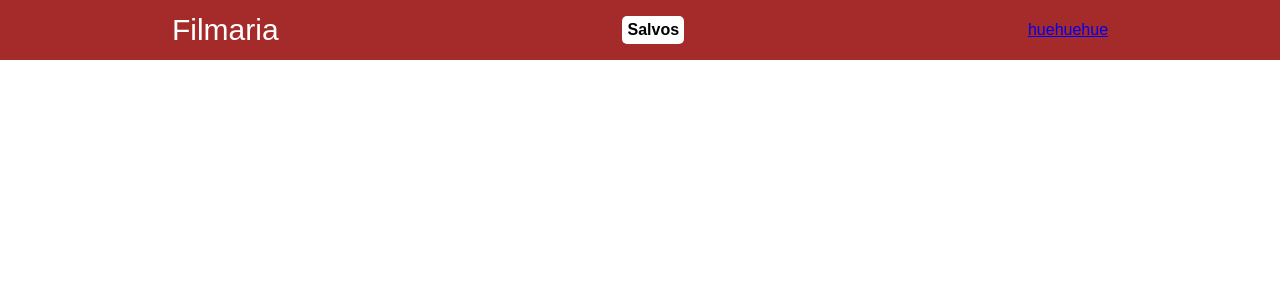
Repository: joaoaspimienta/Projeto-Filmaria
Page: /
These files come from the project's save history. The page is drawn as it stood at one moment and after the next save; the edit follows.
The browser window is 1280 px wide. The pictures show the whole page.
The page's requests for data from a server got no answer. The project was rebuilt for these pictures with package versions that can differ from the ones it lists, and the page was loaded fresh each time. No one was signed in, and anything a server would have sent is missing. Also part of the build but not shown: src/pages/Filme/filme-info.css, src/pages/Filme/index.js.

Above is the page before, as saved 2022-03-06 18:01:08.

### src/App.js
//https://sujeitoprogramador.com/r-api/?api=filmes/

import './styles.css'
import Routes from './routes'

export default function App() {
  return (
    <div className="app">
      <Routes/>
    </div>
  );
}

### src/styles.css
body {
  margin: 0;
  padding: 0;
  box-sizing: border-box;
  font-family: sans-serif;
}

.app {
  display: flex;
  width: 100%;
  justify-content: center;
  align-items: center;
  flex-direction: column;
}

### src/routes.js
import { BrowserRouter, Switch, Route } from "react-router-dom"

import Home from "./pages/Home"
import Header from "./components/Header"
import Filme from "./pages/Filme"

const Routes = () => {
  return(
    <BrowserRouter>
      <Header/>
      <Switch>
        <Route exact path="/" component={Home} />
        <Route exact path="/filme/:id" component={Filme} />
      </Switch>
    </BrowserRouter>
  )
}

export default Routes;

### src/pages/Home/index.js
import { useEffect, useState } from 'react';
import './home.css';
import api from '../../services/api';
import { Link } from 'react-router-dom';

export default function Home() {
  const [filmes, setFilmes] = useState([]);

  useEffect(()=> {
    async function loadFilmes(){
      const response = await api.get('r-api/?api=filmes')
      setFilmes(response.data);
    }

    loadFilmes();
  }, [])

  return (
    <div className="container">
      <div className="lista-filmes">
        {filmes.map((filme)=>{
          return(
            <article key={filme.id}>
              <strong>{filme.nome}</strong>
              <img src={filme.foto} alt={filme.nome} />
              <Link to={`/filme/${filme.id}`}>Acessar</Link>
            </article>
          )
        })}
      </div>
    </div>
  );
}

### src/components/Header/index.js
import './header.css'
import { Link } from  'react-router-dom';

export default function Header(){
  return(
    <header>
      <Link className="logo" to='/'>Filmaria</Link>
      <Link className="favoritos" to='/favoritos'>Salvos</Link>
      <Link to='/fodas'>huehuehue</Link>
    </header>
  )
}

### src/pages/Home/home.css
.container {
  display: flex;
  flex-direction: column;
  justify-content: center;
  align-items: center;
  width: 800px;
}

.lista-filmes {
  margin: 15px;
}

.lista-filmes article {
  display: flex;
  flex-direction: column;
  justify-content: center;
  align-items: center;
  background-color: white;
  margin: 15px;
  padding: 15px;
  border-radius: 5px;
}

.lista-filmes strong {
  padding-bottom: 15px;
  font-size: 22px;
}

.lista-filmes img {
  width: 900px;
  max-height: 350px;
}

.lista-filmes article a {
  text-decoration: none;
  color: white;
  background-color: brown;
  font-size: 25px;
  width: 100%;
  text-align: center;
  padding-top: 10px;
  padding-bottom: 10px;
  border-bottom-left-radius: 8px;
  border-bottom-right-radius: 8px;
}

### src/services/api.js
import axios from 'axios';

const api = axios.create({
  baseURL: 'https://sujeitoprogramador.com'
});

export default api;


//r-api/?api=filmes/

### src/components/Header/header.css
header {
  display: flex;
  align-items: center;
  justify-content: space-around;
  width: 100%;
  height: 60px;
  background-color: brown;
}

.logo {
  text-decoration: none;
  font-size: 30px;
  color: white;
  cursor: pointer;
}

.favoritos {
  text-decoration: none;
  background-color: white;
  cursor: pointer;
  padding: 5px;
  font-weight: bold;
  color: black;
  border-radius: 5px;
}

Loaded but not shown: public/index.html (common file); src/index.js (common file)

After the next save:
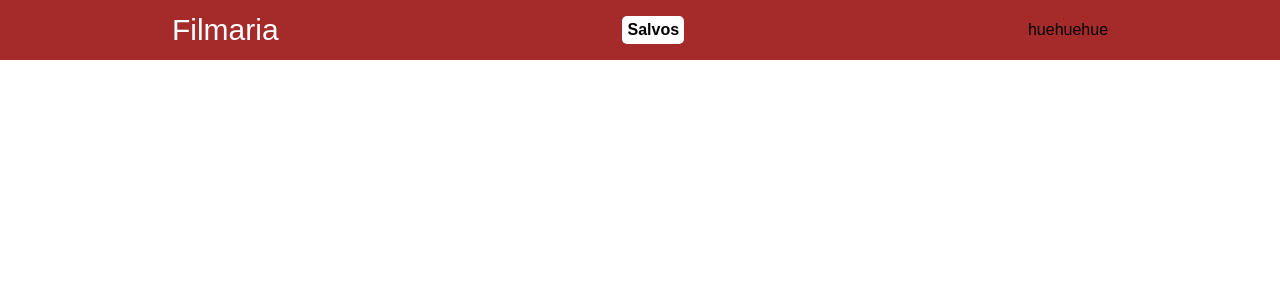
Saved 36 s later.
--- a/src/components/Header/index.js
+++ b/src/components/Header/index.js
@@ -6,7 +6,7 @@
     <header>
       <Link className="logo" to='/'>Filmaria</Link>
       <Link className="favoritos" to='/favoritos'>Salvos</Link>
-      <Link to='/fodas'>huehuehue</Link>
+      <axios to='/fodas'>huehuehue</axios>
     </header>
   )
 }

After the 2 saves that followed:
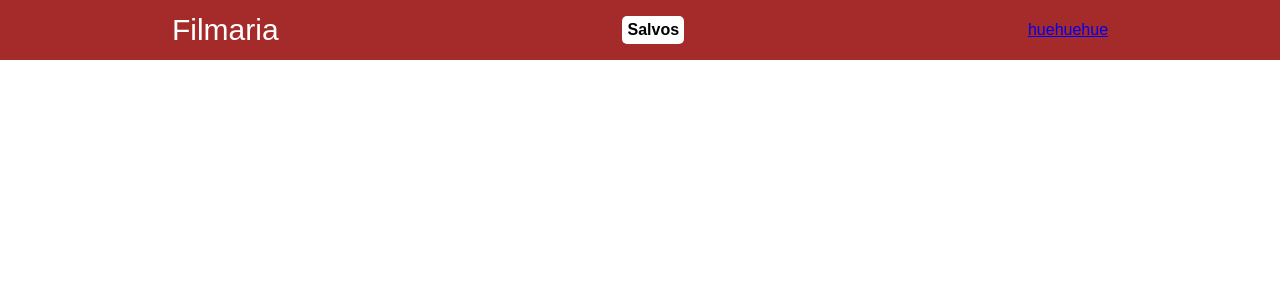
The 2 saves are shown as one change because 1 left the picture as it was.
The last was saved 29 s later.
--- a/src/components/Header/index.js
+++ b/src/components/Header/index.js
@@ -6,7 +6,7 @@
     <header>
       <Link className="logo" to='/'>Filmaria</Link>
       <Link className="favoritos" to='/favoritos'>Salvos</Link>
-      <axios to='/fodas'>huehuehue</axios>
+      <Link to='/fodas'>huehuehue</Link>
     </header>
   )
 }
